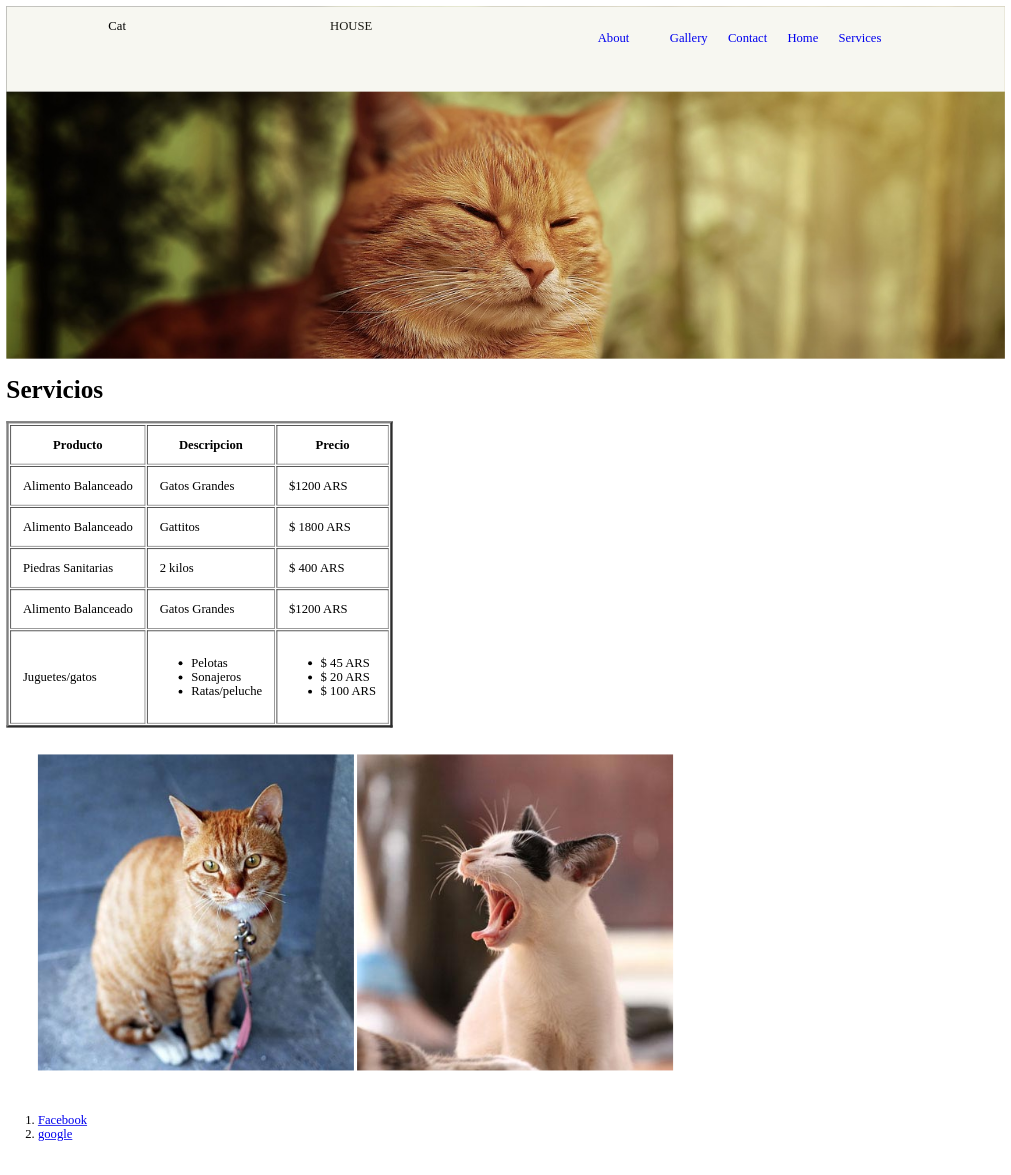
Repository: raul4264/final
Page: Services.html
These files come from the project's save history. The page is drawn as it stood at one moment and after the next save; the edit follows.
The browser window is 1280 px wide. The pictures show the whole page, at 79% of full size.

Above is the page before, as saved 2021-04-02 09:16:23.

After the next save:
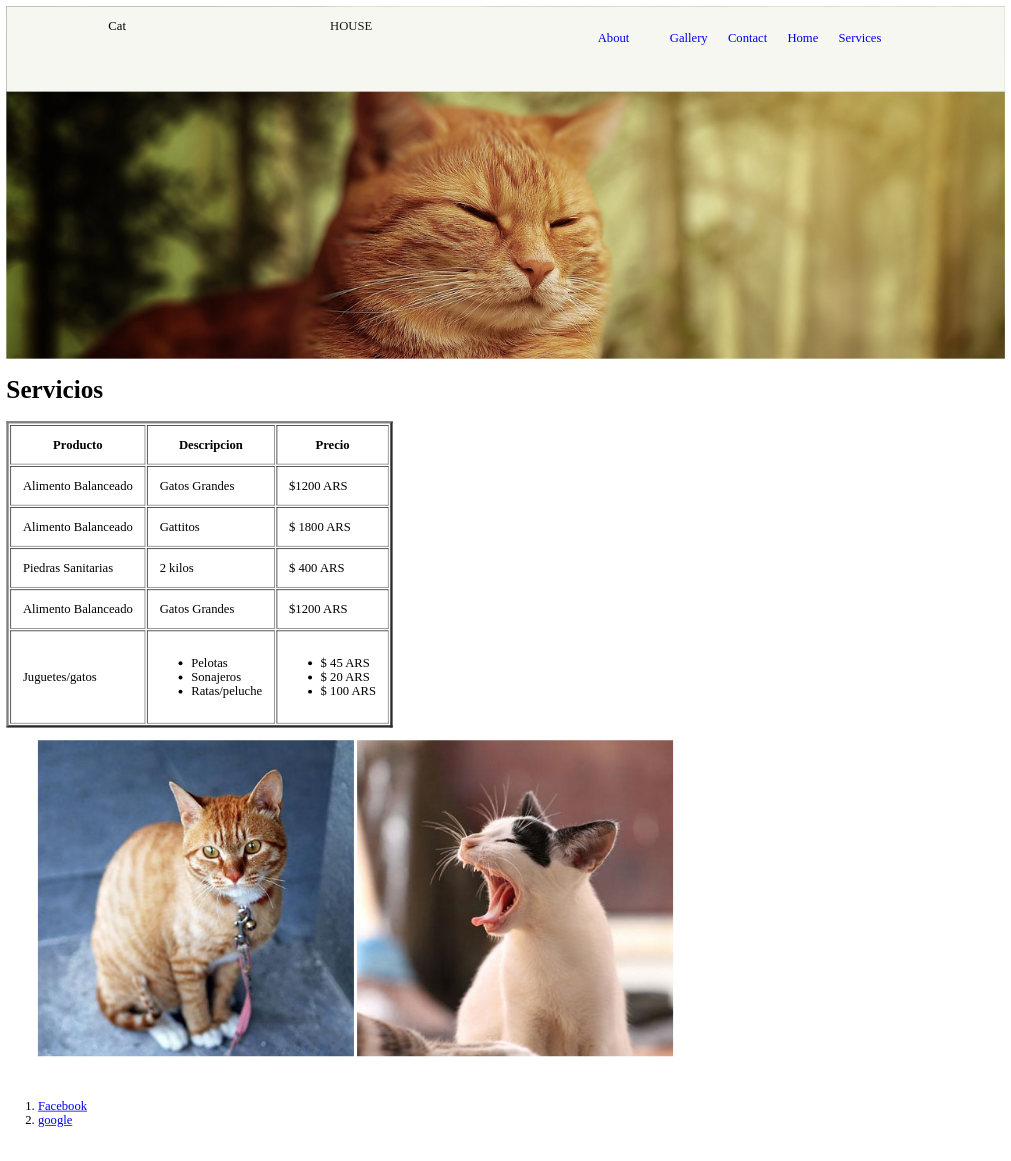
Saved 72 s later.
--- a/Services.html
+++ b/Services.html
@@ -90,18 +90,19 @@
                         </td>
                     </tr>
                 </table>
-                <br>
+            </section>
+
                 <figure id="fotos">
                     <img src="images/3.jpg">
                     <img src="images/2.jpg">
 
                 </figure>
-            </section>
 
 
 
 
-            </main>
+
+
 
 
             <footer>
